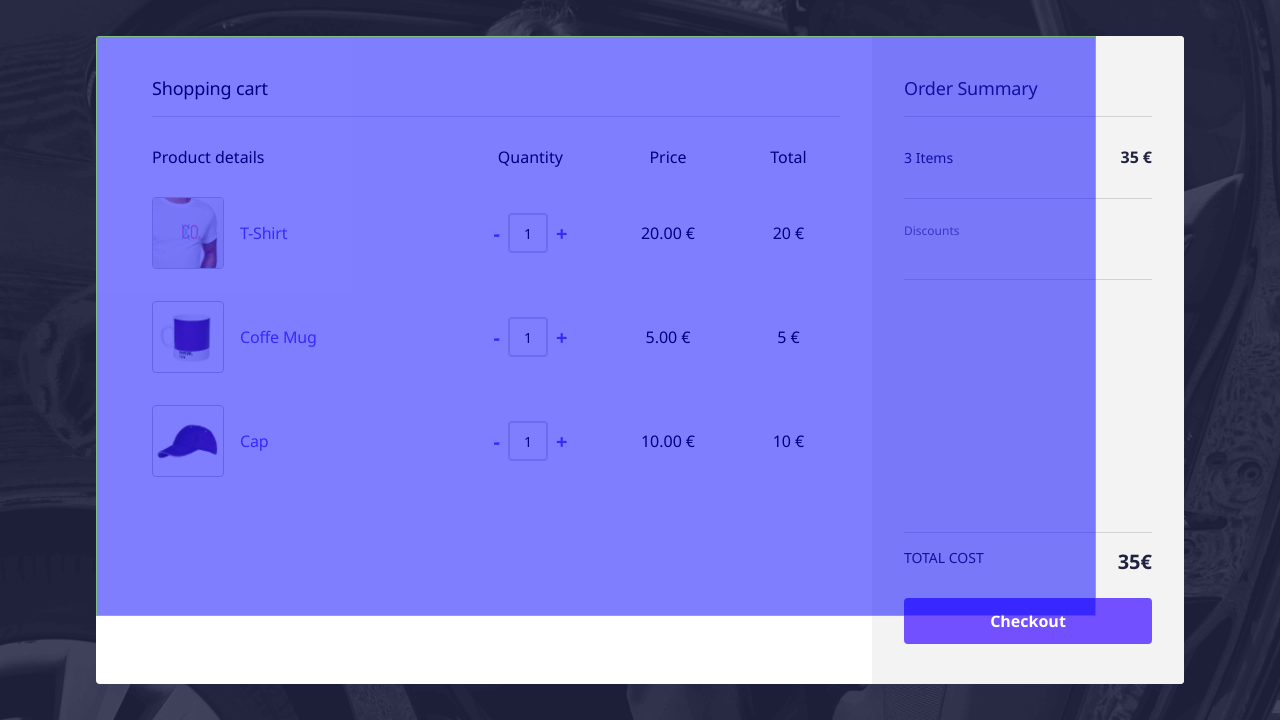
Repository: banchiec/challengecbfy
Page: /
These files come from the project's save history. The page is drawn as it stood at one moment and after the next save; the edit follows.
The browser window is 1280 px wide. The pictures show the whole page.
Some web fonts or font styles are not loaded; a fallback is used. The project was rebuilt for these pictures with package versions that can differ from the ones it lists, and the page was loaded fresh each time. Also part of the build but not shown: craco.config.js.

Above is the page before, as saved 2021-12-11 01:21:06.

### src/index.js
import './index.css';
import App from './App';
import Checkout from './helpers/checkout'
// here a service should be called to obtain the api data
import { products } from './data/data'

import discounts from './helpers/discounts';

const purchase = new Checkout(products, discounts)
purchase.init()
App(purchase)

### src/index.css
@tailwind base;
@tailwind components;
@tailwind utilities;

body {
  margin: 0;
  font-family: -apple-system, BlinkMacSystemFont, 'Segoe UI', 'Roboto', 'Oxygen',
    'Ubuntu', 'Cantarell', 'Fira Sans', 'Droid Sans', 'Helvetica Neue',
    sans-serif;
  -webkit-font-smoothing: antialiased;
  -moz-osx-font-smoothing: grayscale;
}

code {
  font-family: source-code-pro, Menlo, Monaco, Consolas, 'Courier New',
    monospace;
}

@font-face {
  font-family: 'Avenir';
  src:local('Avenir'), url(./assets/fonts/Avenir-Black.woff) format('woff');
}

### src/App.js
import { render } from 'react-dom';
import Main from './components/main/Main'
import './App.css';

function App(purchase) {
  render(<Main purchase={purchase} />, document.getElementById('root'))
}

export default App;

### src/helpers/checkout.js
export default class Checkout {
    constructor(price, discounts = []) {
        this.price = price.reduce((acc, good) => ({ ...acc, [good.code]: good }), {})
        this.discounts = discounts
        this.cartItems = []
    }
    init() {
        this.scan('TSHIRT')
        this.scan('MUG')
        this.scan('CAP')
    }
    scan(code, argument = 1) {
        const currentCartItem = this.cartItems.find((item) => item.code === code);
        if (currentCartItem) {
            switch (argument) {
                case 1:
                    currentCartItem.count += 1;
                    break;
                case -1:
                    currentCartItem.count -= 1;
                    if (currentCartItem.count === 0) {
                        this.cartItems = this.cartItems.filter((item) => item.code !== code);
                    }
                    break;
                default:
                    currentCartItem.count = argument;
                    break;
            }
            return this;
        }
        const currentPriceItem = this.price[code];
        // console.log(this.price)
        if (currentPriceItem) {
            switch (argument) {
                case 1:
                    this.cartItems.push({ ...currentPriceItem, count: 1 });
                    break;
                case -1:
                    break;
                default:
                    this.cartItems.push({ ...currentPriceItem, count: argument });
            }
            return this;
        }
        return new Error(`product with code ${code} has not been found`);


    }
    get actualDiscounts() {
        return this.discounts.reduce(
            (acc, discount) => {
                const res = discount.check(this.items);
                if (res) return [...acc, res];
                return acc;
            }, [],
        );
    }
    get items() {
        return this.cartItems
    }

    get totalDiscount() {
        return this.actualDiscounts.reduce((acc, { discountAmount }) => acc + discountAmount, 0);
    }
    cost(code) {
        const currentCartItem = this.cartItems.find((item) => item.code === code);
        if (currentCartItem) {
            return currentCartItem.count * currentCartItem.price;
        }
        return null;
    }

    preCalc() {
        return ({
            countItems: this.cartItems.reduce((acc, item) => acc + item.count, 0),
            summaryCost: this.cartItems.reduce((acc, item) => acc + (item.count * item.price), 0),
            actualDiscounts: this.actualDiscounts,
        });
    }

    // method total will return total cost as number
    total() {
        return this.cartItems.reduce(
            (acc, item) => acc + (item.count * item.price),
            0,
        ) - this.totalDiscount;
    }
}

### src/data/data.js
import shirt from '../assets/images/shirt.png'
import mug from '../assets/images/mug.png'
import cap from '../assets/images/cap.png'
export const products = [
    {
        id: '1',
        code: 'TSHIRT',
        name: 'T-Shirt',
        price: '20.00',
        image: shirt
    },
    {
        id: '3',
        code: 'MUG',
        name: 'Coffe Mug',
        price: '5.00',
        image: mug

    },
    {
        id: '4',
        code: 'CAP',
        name: 'Cap',
        price: '10.00',
        image: cap

    }
]

### src/helpers/discounts.js
const discounts = [
    {
        name: '2-for-1-Mug',
        check: (products) => {
            const currentProduct = products.find((product) => product.code === 'MUG')
            if (currentProduct && currentProduct.count > 1) {
                return ({
                    name: '2x1 Mug offer',
                    discountAmount: Math.trunc(currentProduct.count / 2) * currentProduct.price
                })
            }
            return null
        }
    },
    {
        name: 'bulk-discount-shirt',
        check: (products) => {
            const currentProduct = products.find((product) => product.code === 'TSHIRT')
            if (currentProduct && currentProduct.count >= 3) {
                return ({
                    name: 'x3-Shirt-offer',
                    discountAmount: (currentProduct.price / 100) * 5 * currentProduct.count
                })
            }
            return null
        }
    }
]

export default discounts

### src/components/main/Main.js
import { useState } from "react"
import OrderSummery from "../OrderSummery/OrderSummery"
import { ShoppingCart } from "../shoppingCart/ShoppingCart"

export default function Main(props) {
    const { purchase } = props
    const [items, setItems] = useState(purchase.items)

    const initStateSum = purchase.preCalc()
    const initTotalCost = purchase.total()

    const [summary, setSummary] = useState({
        ...initStateSum,
        totalCost: initTotalCost
    })

    const scan = (code) => (op) => (e) => {
        switch (op) {
            case 'dec':
                purchase.scan(code, -1);
                break;
            case 'set':
                purchase.scan(code, Number(e.target.value));
                console.log(e.target.value)
                break;
            case 'inc':
                purchase.scan(code, 1);
                break;
            default:
                // unknown operation
                break;
        }
        // set new cart items list for react
        setItems([...purchase.items]);
        const newSums = purchase.preCalc();
        const newTotalCost = purchase.total();
        setSummary({
            ...newSums,
            totalCost: newTotalCost,
        });

    }
    const cost = (code) => purchase.cost(code)

    return (
        <main className="App">
            <ShoppingCart items={items} scan={scan} cost={cost} />
            <OrderSummery summary={summary} />
        </main>
    )
}

### src/App.css
* {
  box-sizing: border-box;
  outline: none;
}

html,
body,
div,
span,
applet,
object,
iframe,
h1,
h2,
h3,
h4,
h5,
h6,
p,
blockquote,
pre,
a,
abbr,
acronym,
address,
big,
button,
cite,
code,
del,
dfn,
em,
img,
ins,
kbd,
q,
s,
samp,
small,
strike,
strong,
sub,
sup,
tt,
var,
b,
u,
i,
center,
dl,
dt,
dd,
ol,
ul,
li,
fieldset,
form,
label,
legend,
table,
caption,
tbody,
tfoot,
thead,
tr,
th,
td,
article,
aside,
canvas,
details,
embed,
figure,
figcaption,
footer,
header,
hgroup,
menu,
nav,
output,
ruby,
section,
summary,
time,
mark,
audio,
video {
  margin: 0;
  padding: 0;
  border: 0;
  vertical-align: baseline;
  font: 100%;
}

/* HTML5 display-role reset for older browsers */
article,
aside,
details,
figcaption,
figure,
footer,
header,
hgroup,
menu,
nav,
section {
  display: block;
}

body {
  -webkit-font-smoothing: antialiased;
  -moz-osx-font-smoothing: grayscale;
  line-height: 1;
}

ol,
ul {
  list-style: none;
}

blockquote,
q {
  quotes: none;
}

a {
  cursor: pointer;
}

blockquote:before,
blockquote:after,
q:before,
q:after {
  content: none;
}

table {
  border-spacing: 0;
  border-collapse: collapse;
}

a {
  text-decoration: none;
}

input:not([type="checkbox"]):not([type="radio"]),
textarea {
  appearance: none;
}

input[type="number"]::-webkit-outer-spin-button,
input[type="number"]::-webkit-inner-spin-button {
  margin: 0;
  appearance: none;
}

input[type="number"] {
  appearance: textfield;
}

input::-ms-clear {
  display: none;
}

select::-ms-expand {
  display: none;
}

textarea {
  overflow: auto;
  vertical-align: top;
}

input::placeholder {
  opacity: 1;
}

h1.main {
  padding-bottom: 16px;
  border-bottom: 1px solid rgba(33, 34, 64, 0.16);
}

.wrapper.border,
.wrapper-half.border {
  border-bottom: 1px solid rgba(33, 34, 64, 0.16);
}

h2,
.products-list li.products-list-title {
  color: #a6a7b3;
  letter-spacing: 1px;
  font-size: 10px;
  line-height: 16px;
}

h2,
.product-code {
  font-size: 12px;
  line-height: 16px;
}

.product-quantity,
.summary input,
.summary ul li,
.summary-total-cost {
  font-size: 14px;
  line-height: 17px;
}

.product h1 {
  font-size: 16px;
  line-height: 24px;
}

.products button.count,
.summary-total-price {
  font-size: 20px;
  line-height: 25px;
}

h2 {
  color: #717285;
  letter-spacing: 0;
  font-weight: 300;
}

h2 + * {
  margin-top: 16px;
}

body {
  margin: 0;
  padding: 0;
  height: 100vh;
  background-image: url("./assets/images/background.png");
  background-color: #212240;
  background-position: top left;
  background-size: cover;
  font-family: Avenir, "Avenir Next", "Segoe UI", sans-serif;
  font-weight: regular;
}

.App {
  position: fixed;
  top: 50%;
  left: 50%;
  display: flex;
  overflow-x: hidden;
  overflow-y: auto;
  max-width: 1088px;
  max-height: 648px;
  width: calc(100% - 64px);
  height: calc(100% - 64px);
  border-radius: 4px;
  background-color: #ffffff;
  transform: translate(-50%, -50%);
}

h1 {
  position: relative;
  letter-spacing: -0.18px;
  font-size: 18px;
  line-height: 24px;
}

.wrapper {
  padding: 32px 0;
}

.wrapper-half {
  padding: 24px 0;
}

.tableHead {
  padding: 32px 0;
}

.row {
  position: relative;
  display: flex;
  flex-flow: row nowrap;
  justify-content: space-between;
}

.row + .row {
  margin-top: 32px;
}

[class*="col-"] {
  display: flex;
  align-items: center;
}

[class*="col-"]:nth-child(n + 2) {
  justify-content: center;
}

.col-product {
  width: 45%;
}

.col-quantity {
  width: 20%;
}

.col-price {
  width: 20%;
}

.col-total {
  width: 15%;
}

input {
  width: 100%;
  height: 48px;
  border-radius: 4px;
}

.currency {
  margin-left: 4px;
}

.products {
  padding: 40px 32px 40px 56px;
}

.products button.count {
  padding: 0 8px;
  height: 40px;
  border: none;
  background: transparent;
  color: #7350ff;
  font-weight: bold;
  cursor: pointer;
}

.products {
  flex: 1;
}

.products-list {
  position: relative;
  width: 100%;
}

.product-image {
  display: flex;
  align-items: center;
  flex-flow: row nowrap;
}

.product-image img {
  margin-right: 16px;
  width: 72px;
  height: 72px;
  border: 1px solid #cacad1;
  border-radius: 4px;
}

.product-code {
  border-radius: 4px;
  color: #a6a7b3;
  letter-spacing: 0.13px;
  font-weight: 400;
}

.product-quantity {
  width: 40px;
  height: 40px;
  border: 2px solid #dbdbe0;
  border-radius: 4px;
  text-align: center;
}

.product-price {
  color: #000000;
  font-size: 16px;
}

.product .clear {
  border: none;
  background: transparent;
}

.product .clear span {
  position: relative;
  display: block;
  width: 16px;
  height: 16px;
}

.product .clear span:before,
.product .clear span:after {
  content: "";
  position: absolute;
  top: 8px;
  left: 2px;
  display: block;
  width: 12px;
  height: 2px;
  border-radius: 8px;
  background-color: #a6a7b3;
  transform: rotate(-45deg);
  transform-origin: center center;
}

.product .clear span:before {
  transform: rotate(45deg);
}

.product h1 {
  color: #7350ff;
}

.summary {
  display: flex;
  flex-flow: column wrap;
  padding: 40px 32px;
  width: 312px;
  background-color: #f3f3f3;
  color: #212240;
}

.summary > * {
  width: 100%;
}

.summary-items-price {
  font-size: 16px;
  font-weight: bold;
}

.summary input {
  margin: 8px auto;
  color: #a6a7b3;
  text-indent: 16px;
  text-transform: uppercase;
}

.summary input::placeholder {
  color: #a6a7b3;
  text-transform: lowercase;
}

.summary ul li {
  display: flex;
  justify-content: space-between;
}

.summary ul li > *:nth-child(2) {
  font-weight: bold;
}

.summary ul li + li {
  margin-top: 20px;
}

.summary-total {
  align-self: flex-end;
  margin-top: auto;
  padding-top: 16px;
  padding-bottom: 0;
  border-top: 1px solid rgba(33, 34, 64, 0.16);
  color: #212240;
}

.summary-total-cost {
  flex-basis: 100%;
  text-transform: uppercase;
}

.summary-total-price {
  font-weight: bold;
}

.summary button[type="submit"] {
  margin-top: 24px;
  padding-top: 16px;
  padding-bottom: 16px;
  width: 100%;
  border-radius: 4px;
  background: #7350ff;
  color: #ffffff;
  font-size: 16px;
  font-weight: bold;
  line-height: 14px;
  cursor: pointer;
}

/* MODAL */
.modal {
  position: absolute ;
  width: 1000px;
  height: 580px;
  z-index: 1;
  background-color: blue;
  opacity: .5;
  /* left: 176px; */
  /* top: 126px; */
  border: 1px solid green;
}
.content {
  position: absolute;
  width: 248px;
  height: 358px;
  left: 984px;
  top: 270px;
}
.background {
  position: absolute;
  width: 1440px;
  height: 904px;
  left: 0px;
  top: -2px;
}

### src/components/OrderSummery/OrderSummery.js
import React from 'react';
import { uniqueId } from 'lodash';

function OrderSummery(props) {
    const {
        summary: {
            countItems, summaryCost, actualDiscounts, totalCost,
        },
    } = props;
    return (
        <aside className="summary">
            <h1 className="main">Order Summary</h1>
            <ul className="summary-items wrapper border">
                <li>
                    <span className="summary-items-number">
                        {countItems || 0}
                        {' '}
                        Items
                    </span>
                    <span className="summary-items-price">
                        {summaryCost || 0}
                        <span className="currency">
                            €
                        </span>
                    </span>
                </li>
            </ul>
            <div className="summary-discounts wrapper-half border">
                <h2>Discounts</h2>
                {actualDiscounts && (
                    <ul>
                        {actualDiscounts.map((disc) => (
                            <li key={uniqueId()}>
                                <span>{disc.name}</span>
                                <span>
                                    -
                                    {disc.discountAmount}
                                    {' '}
                                    €
                                </span>
                            </li>
                        ))}
                    </ul>
                )}
            </div>
            <div className="summary-total wrapper">
                <ul>
                    <li>
                        <span className="summary-total-cost">
                            Total cost
                        </span>
                        <span className="summary-total-price">
                            {totalCost || 0}
                            €
                        </span>
                    </li>
                </ul>
                <button type="submit">Checkout</button>
            </div>
        </aside>
    );
}

export default OrderSummery;

### src/components/shoppingCart/ShoppingCart.js
import { uniqueId } from 'lodash'
import { CartString } from '../CartString/CartString'

export const ShoppingCart = (props) => {
    // console.log(props)
    const { items, scan, cost } = props


    const setDetails = (e) => {
        console.log(e)

    }

    return (
        <>
            <div className="modal">
            </div>
            <section className="products">
                <h1 className="main">Shopping cart</h1>
                <ul className="product-list tableHead">
                    <li className="products-list-title row">
                        <div className="col-product">Product details</div>
                        <div className="col-quantity">Quantity</div>
                        <div className="col-price">Price</div>
                        <div className="col-total">Total</div>
                    </li>
                </ul>
                <ul className="products-list">
                    {items.map((item) => (
                        <CartString
                            content={item}
                            scan={scan(item.code)}
                            cost={cost(item.code)}
                            key={uniqueId()}
                            onClick={setDetails}
                        />
                    ))}
                </ul>
            </section>
        </>
    )
}

### src/components/CartString/CartString.js
import { useState } from 'react'
// import DetailsModal from "../DetailsModal/DetailsModal"

export const CartString = (props) => {
    const [show, setShow] = useState(false)
    const {
        content: {
            productCode,
            name,
            count,
            image,
            price
        },
        scan,
        cost,
    } = props

    const setDetails = (e) => {
        console.log(productCode)
        console.log(name)
        console.log(count)
        console.log(image)
    }

    return (
        <>
            {/* <div className="modal">
                <div className="content"></div>
            </div> */}
            <li className="product row" onClick={setDetails}>
                <div className="col-product">
                    <figure className="product-image">
                        <img src={image} alt={image} />
                        <div className="product-description">
                            <h1 className="product-description-details">{name}</h1>
                            <p className="product-code">{productCode}</p>
                        </div>
                    </figure>
                </div>
                <div className="col-quantity">
                    <button type="button" className="count" onClick={scan('dec')}>
                        -
                    </button>
                    <input type="text" className="product-quantity" value={count} onChange={scan('set')} />
                    <button type="button" className="count" onClick={scan('inc')}>
                        +
                    </button>
                </div>
                <div className="col-price">
                    <span className="product-price">
                        {price}
                    </span>
                    <span className="product-currency currency">€</span>
                </div>
                <div className="col-total">
                    <span className="product-price">{cost}</span>
                    <span className="product-currency currency">€</span>
                </div>
            </li>
        </>
    )
}

Loaded but not shown: public/index.html (common file); tailwind.config.js (common file)

After the next save:
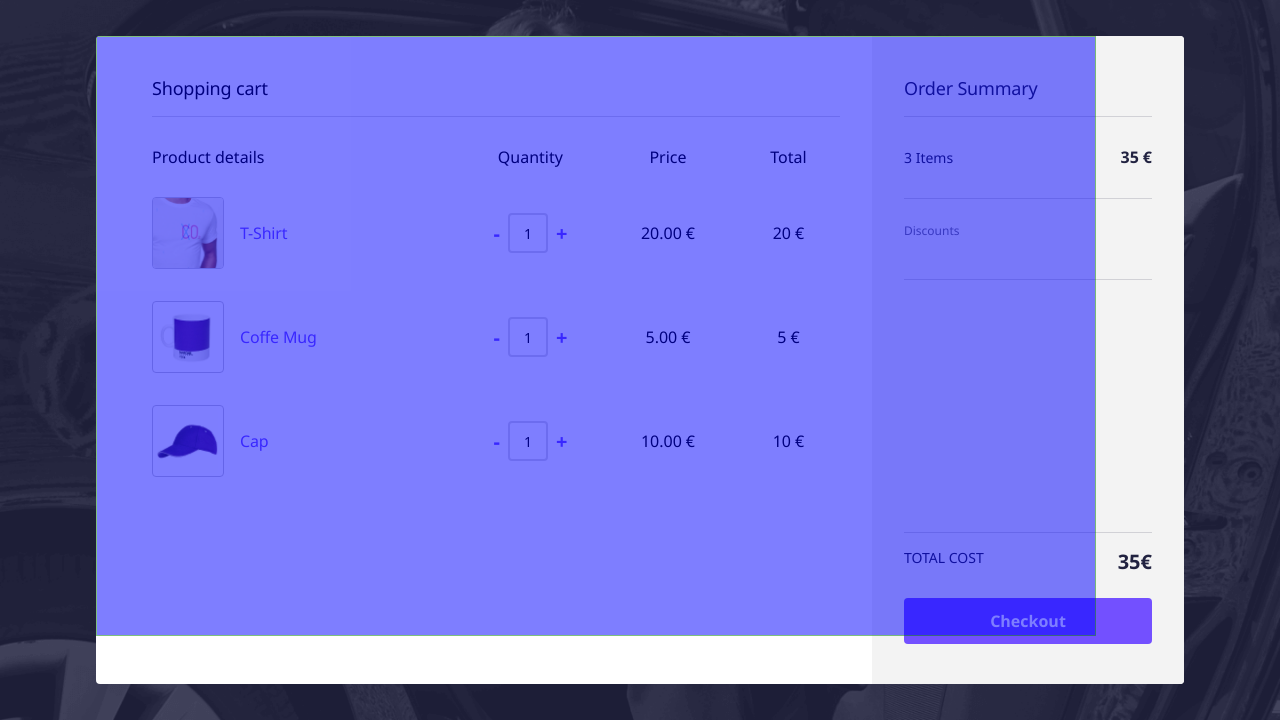
Saved 9 s later.
--- a/src/App.css
+++ b/src/App.css
@@ -492,7 +492,7 @@ input {
 .modal {
   position: absolute ;
   width: 1000px;
-  height: 580px;
+  height: 600px;
   z-index: 1;
   background-color: blue;
   opacity: .5;
